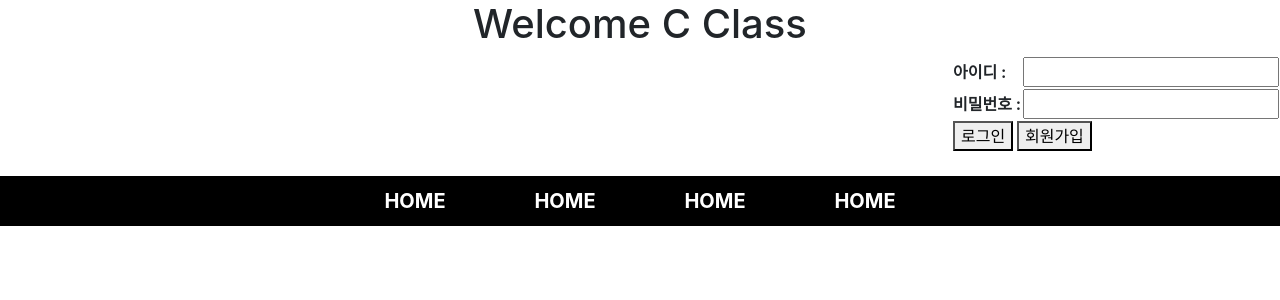
Repository: JangHaEunn/Web-workspace2
Page: http://localhost/JSP_project/
An editor plug-in stored every save of this project. The page is shown before and after the next save, followed by the edit.
The browser window is 1280 px wide. The pictures show the whole page.
The page is served by Tomcat 9. Nobody is signed in. The application's start-up code is not run.

Above is the page before, as saved 2023-02-09 05:58:07.

After the next save:
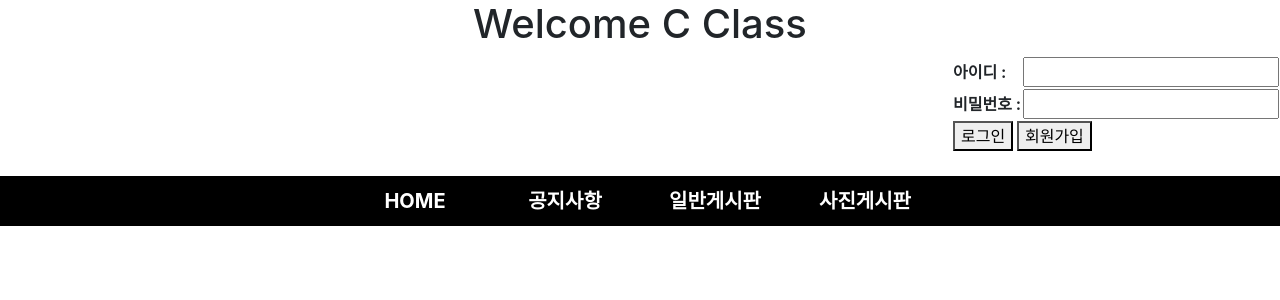
Saved 17 s later.
--- a/JSP_project/WebContent/views/common/menubar.jsp
+++ b/JSP_project/WebContent/views/common/menubar.jsp
@@ -75,9 +75,9 @@
 
 	<div class="nav-area" align="center">
 		<div class="menu"><a href="/jspproject">HOME</a></div>
-		<div class="menu"><a href="/jspproject">HOME</a></div>
-		<div class="menu"><a href="/jspproject">HOME</a></div>
-		<div class="menu"><a href="/jspproject">HOME</a></div>
+		<div class="menu"><a href="/jspproject">공지사항</a></div>
+		<div class="menu"><a href="/jspproject">일반게시판</a></div>
+		<div class="menu"><a href="/jspproject">사진게시판</a></div>
 	</div>
 
 </body>
